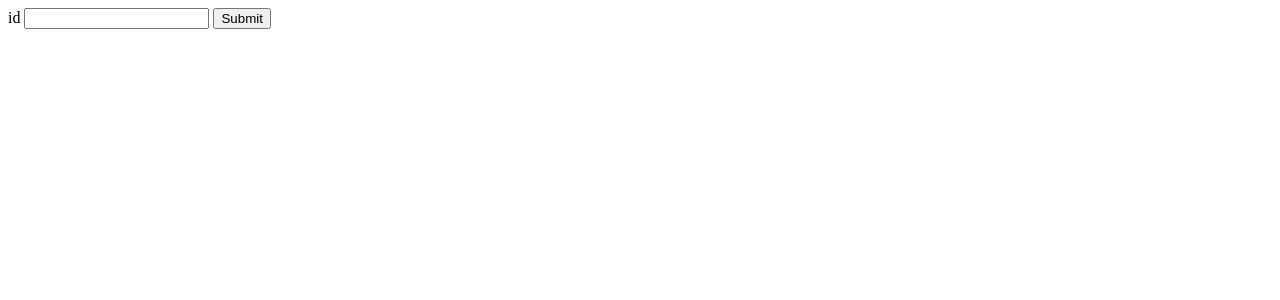
Repository: Yang-Seungjae/JSPservlet
Page: example1/src/main/webapp/ex8-exam/login.html
An editor plug-in stored every save of this project. The page is shown before and after the next save, followed by the edit.
The browser window is 1280 px wide. The pictures show the whole page.

Above is the page before, as saved 2023-05-23 04:07:01.

### example1/src/main/webapp/ex8-exam/login.html
<!DOCTYPE html>
<html>
<head>
<meta charset="EUC-KR">
<title>Insert title here</title>
</head>
<body>
<form method="post" action = "./loginProcess.jsp">

id <input type = "text" name = "id" >
<input type ="submit">
</form>
</body>
</html>

After the next save:
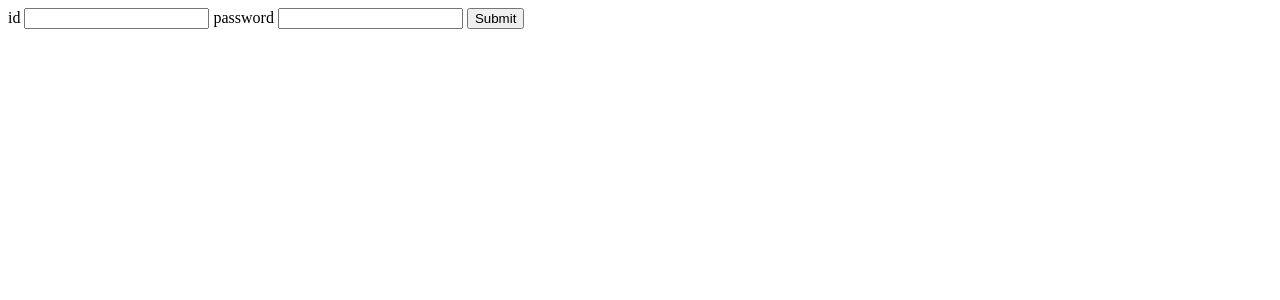
Saved 3 min 7 s later.
--- a/example1/src/main/webapp/ex8-exam/login.html
+++ b/example1/src/main/webapp/ex8-exam/login.html
@@ -8,6 +8,7 @@
 <form method="post" action = "./loginProcess.jsp">
 
 id <input type = "text" name = "id" >
+password <input type = "text" name = "password" >
 <input type ="submit">
 </form>
 </body>
